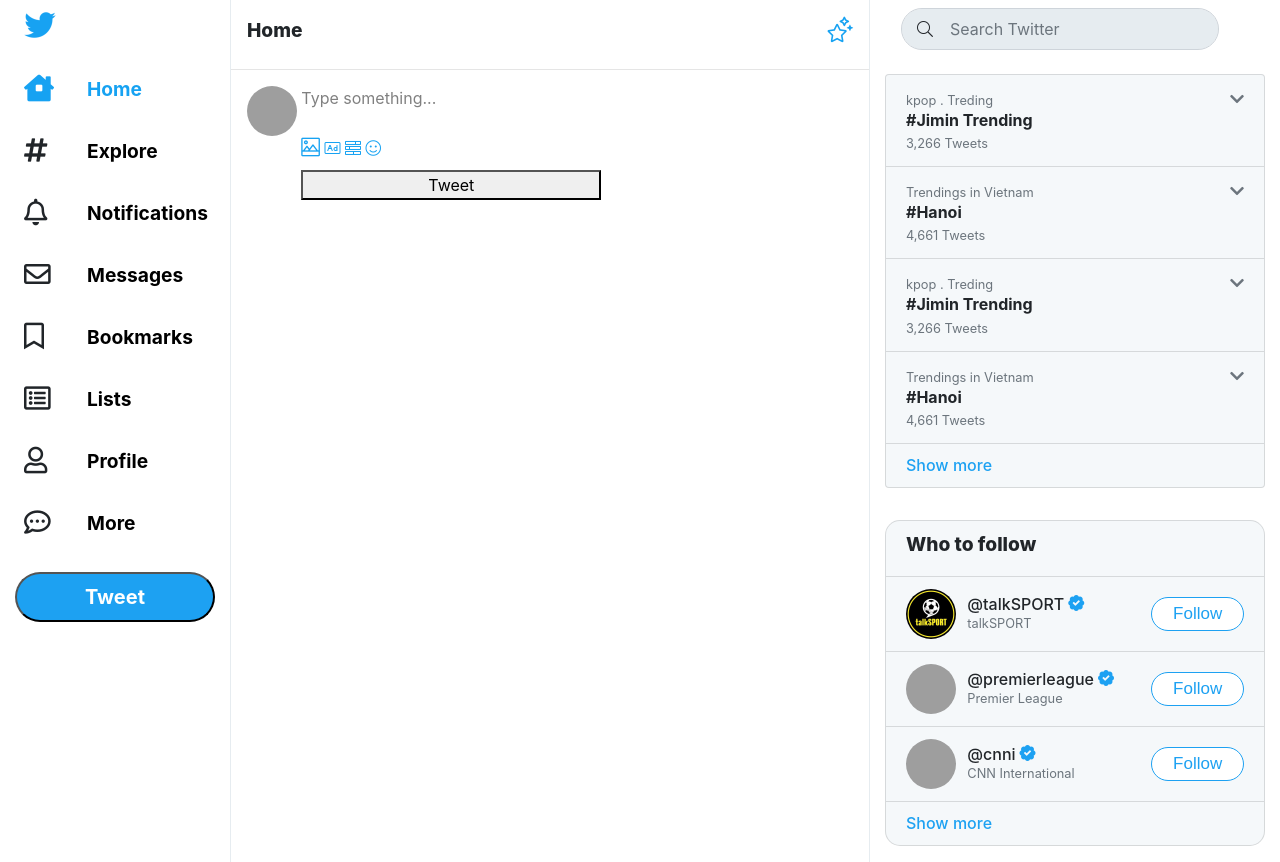
Repository: tts2610/Twitter-clone
Page: index.html
An editor plug-in stored every save of this project. The page is shown before and after the next save, followed by the edit.
The browser window is 1280 px wide. The pictures show the whole page.
Pictures or frames that could not be fetched are drawn as grey boxes.

Above is the page before, as saved 2020-05-23 16:34:49.

After the next save:
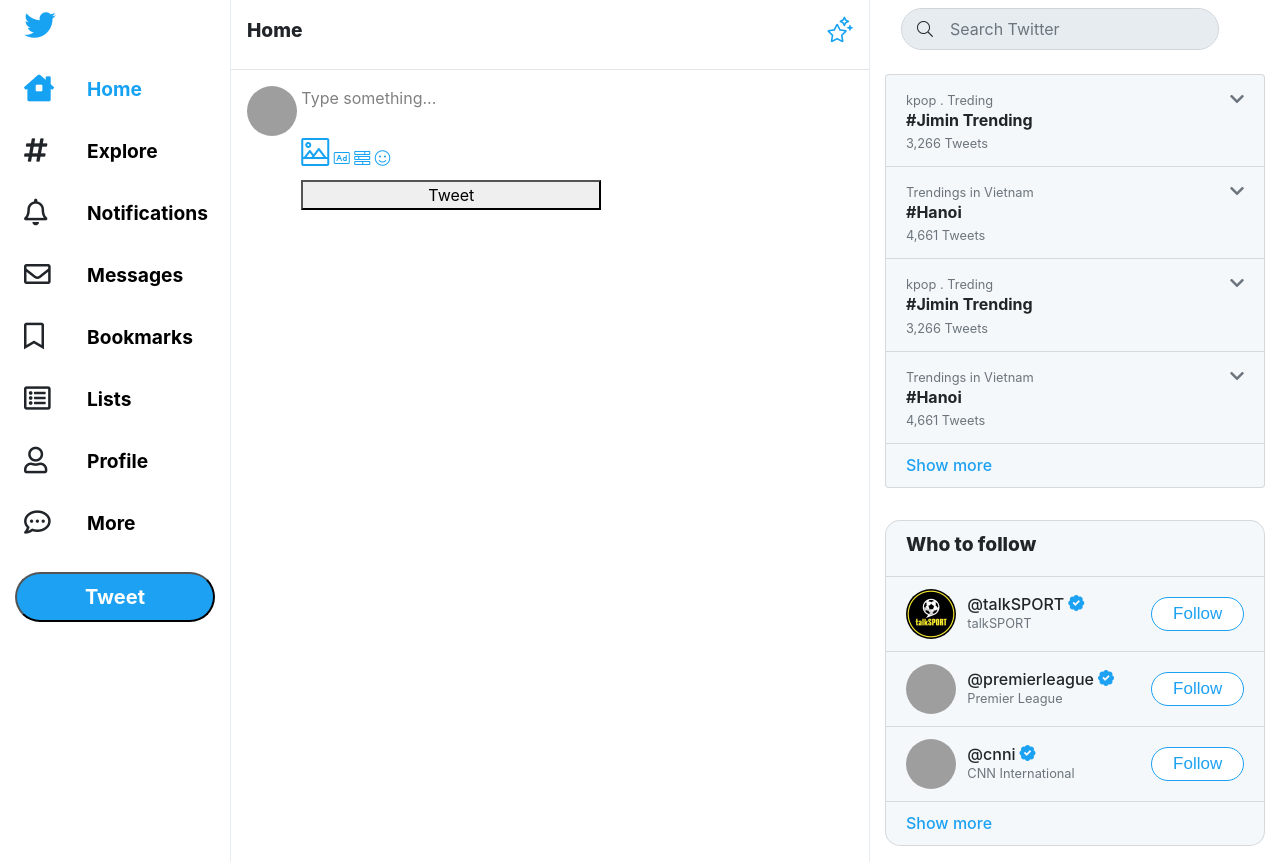
Saved 5 s later.
--- a/index.html
+++ b/index.html
@@ -103,7 +103,7 @@
 
                             <div class="utilityBar">
                                 <div style="color:#16a2f2 ;">
-                                    <i class="fal fa-image-polaroid fa-lg"></i>
+                                    <i class="fal fa-image-polaroid fa-2x"></i>
                                     <i class="fal fa-ad"></i>
                                     <i class="fal fa-tasks-alt"></i>
                                     <i class="fal fa-smile"></i>
